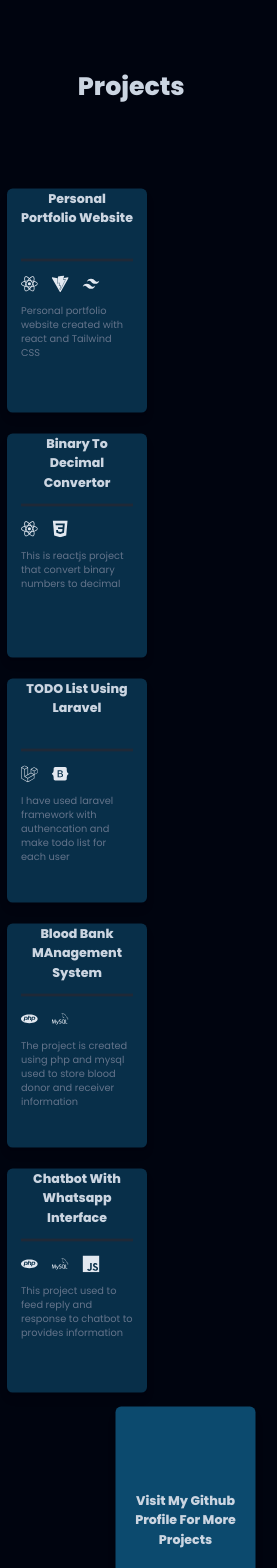
Repository: sibi24sibi/MyPersonalPortfolio
Page: /
An editor plug-in stored every save of this project. The page is shown before and after the next save, followed by the edit.
The browser window is 375 px wide. The page is 395 px wide, so the pictures cover 395 px, including what lies to the right of the window. The pictures show the part of the page from y = 1968 to 4208 px (the page is 5396 px tall), at 70% of full size.
The project was rebuilt for these pictures with package versions that can differ from the ones it lists, and the page was loaded fresh each time. Also part of the build but not shown: vite.config.js, src/components/Menu.jsx, src/components/Footer.jsx.

Above is the page before, as saved 2024-05-03 20:20:36.

After the next save:
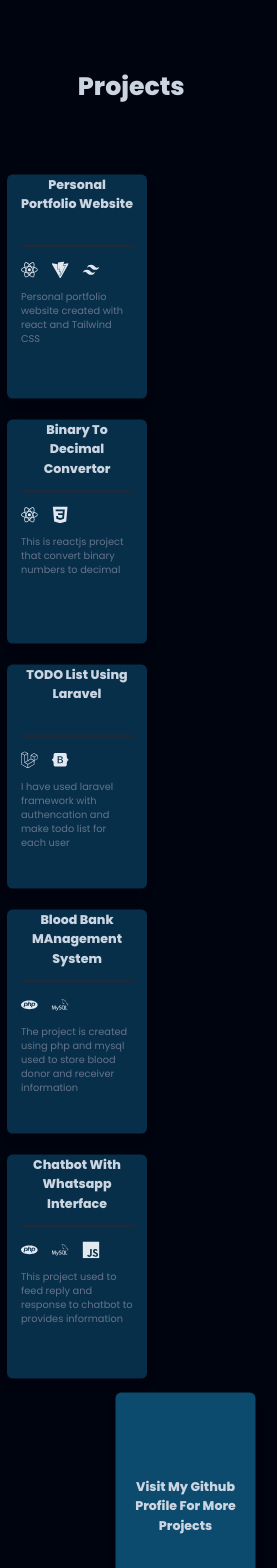
Saved 13 s later.
--- a/src/components/proj_style.css
+++ b/src/components/proj_style.css
@@ -31,7 +31,7 @@
     position:relative;
     left:unset;
     padding-bottom:unset;
-    top: 10px;
+    top: -10px;
     margin:10px;
     padding-bottom:unset;
   }
